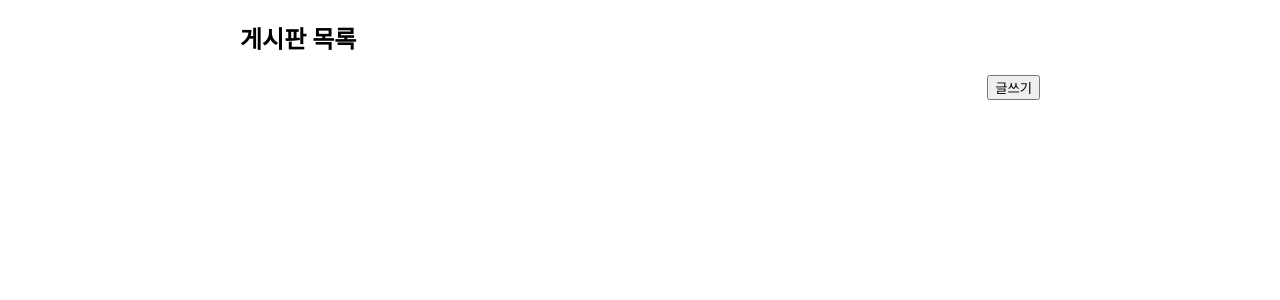
Repository: yuntaekOhO/SY_Academy_Study
Page: http://localhost/ch03-JSP/ch09-jdbc/s02_selectTest.jsp
These files come from the project's save history. The page is drawn as it stood at one moment and after the next save; the edit follows.
The browser window is 1280 px wide. The pictures show the whole page.
The page is served by Tomcat 9. Queries for data that is not in the repository find no rows.

Above is the page before, as saved 2022-06-29 03:49:28.

After the next save:
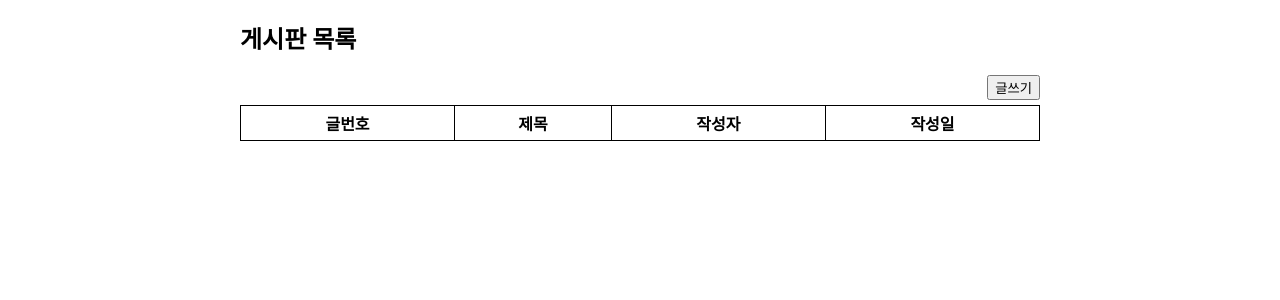
Saved 77 min 20 s later.
--- a/workspace_jsp/ch03-JSP/src/main/webapp/ch09-jdbc/s02_selectTest.jsp
+++ b/workspace_jsp/ch03-JSP/src/main/webapp/ch09-jdbc/s02_selectTest.jsp
@@ -38,7 +38,23 @@
 		//JDBC 수행 3단계 : PreparedStatement 객체 생성
 		pstmt = conn.prepareStatement(sql);
 
-		//JDBC 수행 4단계 : SQL문 실행
+		//JDBC 수행 4단계 : SQL문을 테이블에 반영하고 결과행들을 ResultSet에 담음
+		rs = pstmt.executeQuery();
+%>
+		<table>
+			<tr>
+				<th>글번호</th>
+				<th>제목</th>
+				<th>작성자</th>
+				<th>작성일</th>
+			</tr>
+<%
+		while(rs.next()){
+			int num = rs.getInt("num");
+			String name = rs.getString("name");
+			String title = rs.getString("title");
+			Date reg_date = rs.getDate("reg_date");
+		}
 
 	}catch(Exception e){
 		e.printStackTrace();
